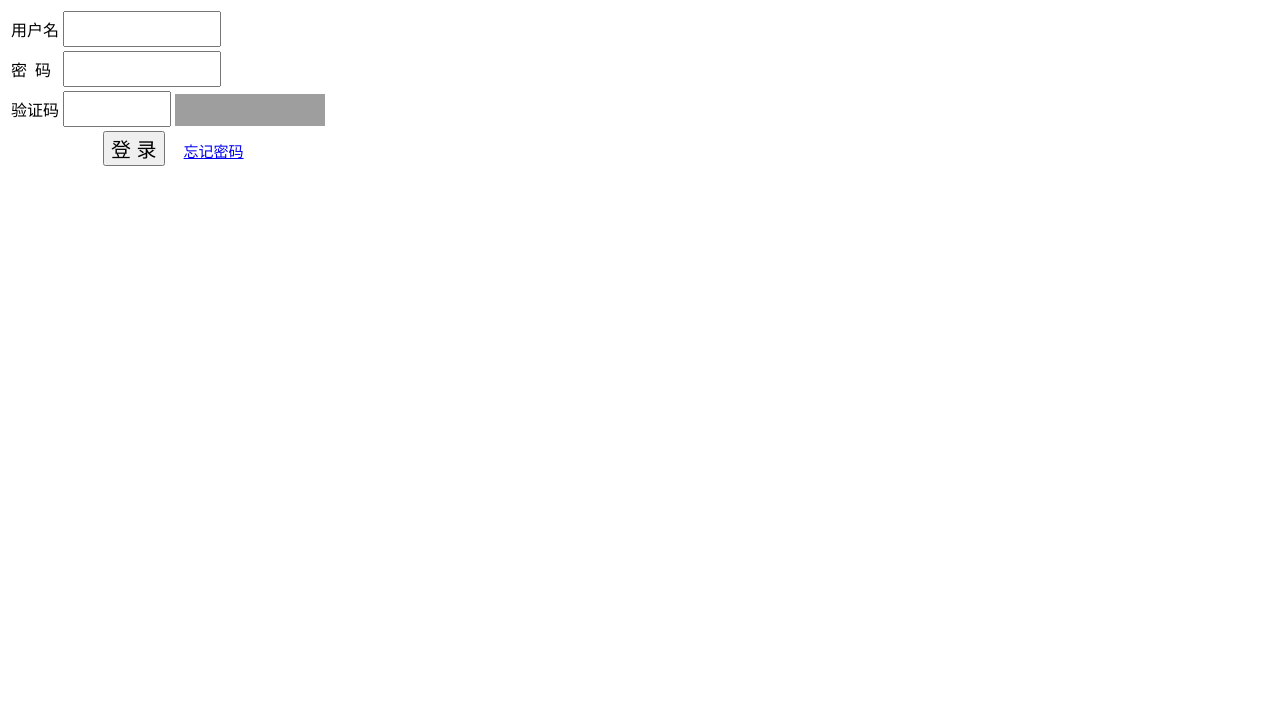
Repository: IAmJiangWenHao/ReportServer
Page: demo.html
An editor plug-in stored every save of this project. The page is shown before and after the next save, followed by the edit.
The browser window is 1280 px wide. The pictures show the whole page.
Pictures or frames that could not be fetched are drawn as grey boxes.

Above is the page before, as saved 2023-05-16 11:56:42.

### demo.html
<!DOCTYPE html>
<html>
  <head>
    <meta http-equiv="Content-Type" content="text/html; charset=UTF-8">
    <title>登录</title>
  </head>
  <body>
    <style>
      dfv{
        width: 100vh;
        background-image: url('./web/img/gzdx-bg.jpg');
  background-size: cover;
  background-position: center;
      }
    </style>

    <script type="text/javascript"> //这里是JavaScript
      window.onload = function () {
        document.getElementById("img").onclick = function () {
          /*document.getElementById()通过元素的id来获取元素，
           .getElementById("img")先获取"img" 元素；
           然后.onclick()，点击触发一个事件，这个事件发生会执行funciton()函数。
           目的:点击id为img的页面元素时会触发funciton函数。生成验证码*/
          this.src = "CheckcodeServlet?time" + new Date().getTime();
          //new Date().getTime()增加时间戳来更换验证码图片
        };
      };

    </script>
    <script type="text/javascript">
    //检查输入是否为空
      function Check() {
        const username = document.form1.username.value;
        const password = document.form1.password.value;
        const checkcode = document.form1.checkcode.value;

        if (!username) {
          alert("用户名不能为空！");
          document.form1.username.focus();
          return false;
        }

        if (!password) {
          alert("密码不能为空！");
          document.form1.password.focus();
          return false;
        }

        if (!checkcode) {
          alert("验证码不能为空！");
          document.form1.checkcode.focus();
          return false;
        }

        return true;
      }
    </script>

  <dfv>
 <form action="LoginServlet" method="post" name="form1" onSubmit="return Check()">
        <!-- form属性action="LoginServlet"中，LoginServlet待后续实现，用于处理请求-->
        <table>

          <tr>
            <td>用户名</td>
            <td><input style="width:150px;height:30px;" type="text" name="username" size="20"></td>
          </tr>
          <tr>
            <td>密&nbsp;&nbsp;码</td>
            <td><input style="width: 150px;height:30px;" type="password" name="password" size="20"></td>
          </tr>
          <tr>
            <td>验证码</td>
            <td><input style="width: 100px;height:30px;" type="text" name="checkcode" size="15">
              <img style="width:150px;height:32px;" id="img" src="CheckcodeServlet"  alt="[验证码待续]" align="center">
              <!-- id为img的页面元素,显示验证码图像；src="CheckcodeServlet"中，CheckcodeServlet待后续实现-->
            </td>
          </tr>
          <tr><td></td>
            <td><input style="margin-left:40px;font-size:20px;" type="submit" value="登&nbsp;录">
              <font style="font-size:15px">&nbsp;&nbsp;&nbsp;&nbsp;<a href="forgetPassword.jsp">忘记密码 </a> </font></td>
          </tr>
        </table>
      </form>
    </div>
  </body>
</html>

After the next save:
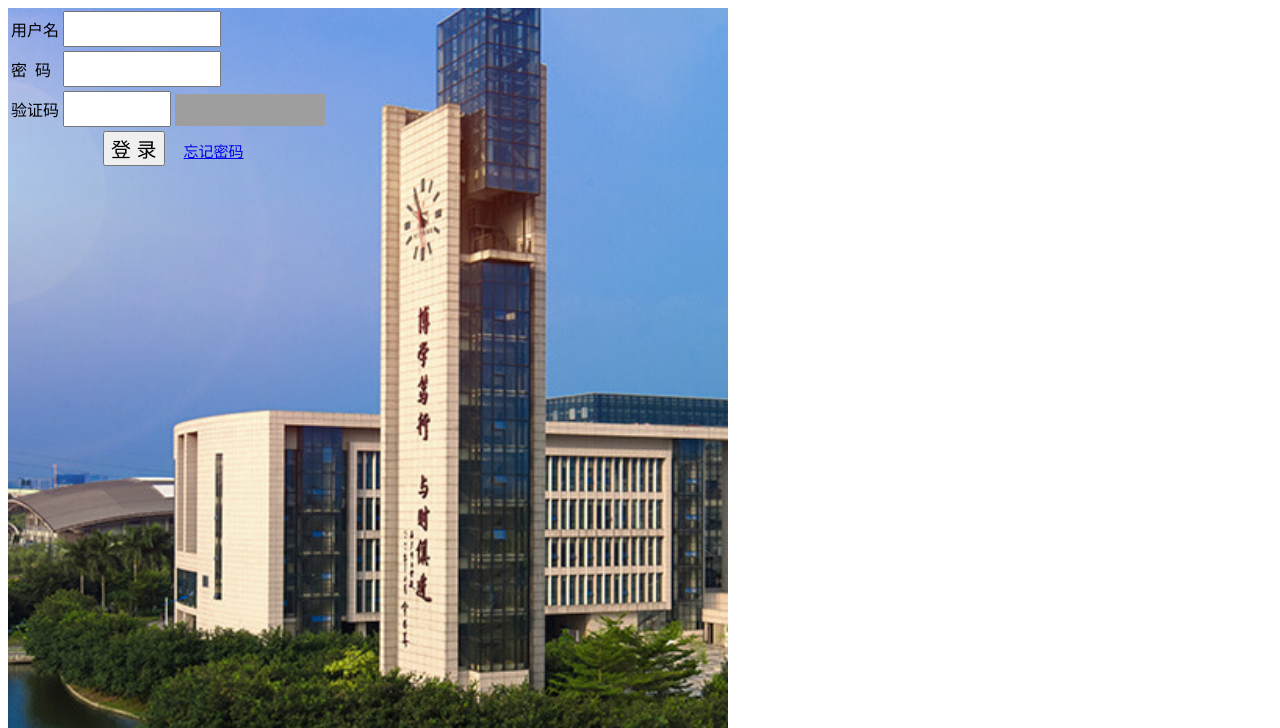
Saved 19 s later.
--- a/demo.html
+++ b/demo.html
@@ -8,6 +8,8 @@
     <style>
       dfv{
         width: 100vh;
+        height:100vh;
+        position: absolute;
         background-image: url('./web/img/gzdx-bg.jpg');
   background-size: cover;
   background-position: center;
